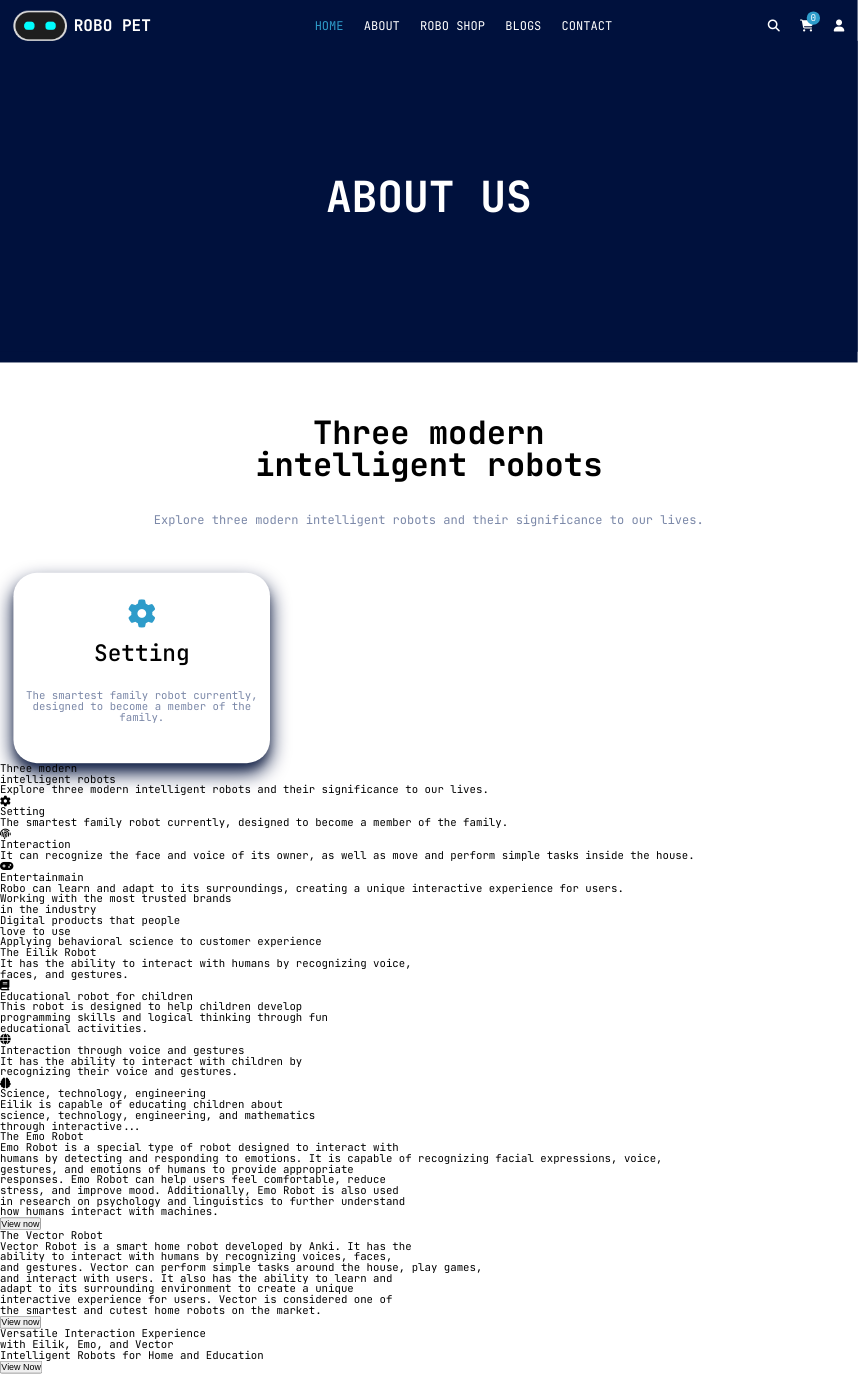
Repository: trietle101/du-an-1
Page: http://localhost/about.html
These files come from the project's save history. The page is drawn as it stood at one moment and after the next save; the edit follows.
The browser window is 1280 px wide. The pictures show the whole page, at 67% of full size.
The pointer rests on the first visible `.modern-item`.
Some web libraries are served in a nearby version. The page is run by PHP 8.4 with error messages shown; the project is at /var/www/html/.

Above is the page before, as saved 2023-03-12 22:51:27.

### about.html
<!DOCTYPE html>
<html lang="en">
  <head>
    <meta charset="UTF-8" />
    <meta http-equiv="X-UA-Compatible" content="IE=edge" />
    <meta name="viewport" content="width=device-width, initial-scale=1.0" />
    <title>About</title>
    <link rel="stylesheet" href="assets/css/reset.css" />
    <link rel="preconnect" href="https://fonts.googleapis.com" />
    <link rel="preconnect" href="https://fonts.gstatic.com" crossorigin />
    <link rel="stylesheet" href="assets/css/about.css">
    <link
      href="https://fonts.googleapis.com/css2?family=JetBrains+Mono:wght@300;400;500;700&display=swap"
      rel="stylesheet"
    />
    <script
      src="https://kit.fontawesome.com/08ee78edd1.js"
      crossorigin="anonymous"
    ></script>
  </head>
  <body>
    <header class="header">
      <div class="container">
        <nav class="header-nav">
          <a href="#" class="header-logo">
            <img src="assets/img/logo.png" />
            <span>ROBO PET</span>
          </a>

          <ul class="nav__list">
            <li class="nav__item">
              <a href="#" class="nav__link active">Home</a>
            </li>
            <li class="nav__item">
              <a href="#" class="nav__link">About</a>
            </li>
            <li class="nav__item">
              <a href="#" class="nav__link">Robo shop</a>
            </li>
            <li class="nav__item">
              <a href="#" class="nav__link">Blogs</a>
            </li>
            <li class="nav__item">
              <a href="#" class="nav__link">Contact</a>
            </li>
          </ul>

          <ul class="nav__list">
            <li class="nav__item">
              <a href="" class="nav__link"
                ><i class="fa-solid fa-magnifying-glass"></i
              ></a>
            </li>
            <li class="nav__item">
              <a href="" class="nav__link absolute">
                <i class="fa-solid fa-cart-shopping"></i>
                <span>0</span>
              </a>
            </li>
            <li class="nav__item">
              <a href="" class="nav__link"><i class="fa-solid fa-user"></i></a>
            </li>
          </ul>
        </nav>
      </div>
      <div class="header-banner">
        <div class="container">
          <h1 class="banner-title">ABOUT US</h1>
        </div>
      </div>
    </header>
    <section class="modern">
      <div class="container">
        <h2 class="modern-title">Three modern <br> intelligent robots</h2>
        <p class="modern-desc">Explore three modern intelligent robots and their significance to our lives.</p>
        <div class="modern-box">
          <div class="modern-item">
            <div class="modern-center">
              <i class="fa-solid fa-gear"></i>
              <h3 class="modern-box-title">Setting</h3>
              <p class="modern-box-desc">The smartest family robot currently, designed to become a member of the family.</p>
            </div>
          </div>
        </div>
      </div>
    </section>

    <!--phần banner-->
    <div class="banner">
           </div>
           <div class="name2">
            <h2>Three modern <br>
              intelligent robots</h2>
            <p>Explore three modern intelligent robots and their significance to our lives.</p>

        <div class="box-top">
            <div class="namebox">
                <i class="fa-solid fa-gear"></i>
                <h3>Setting</h3>
                <p>The smartest family robot currently, designed to become a member of the family.</p>
            </div>


            <div  class="namebox">
              <i class="fa-solid fa-fingerprint"></i>
                <h3>Interaction</h3>
                <p>It can recognize the face and voice of its owner, as well as move and perform simple tasks inside the house.</p>
            </div>


            <div class="namebox">
              <i class="fa-solid fa-gamepad"></i>
                <h3>Entertainmain</h3>
                <p>Robo can learn and adapt to its surroundings, creating a unique interactive experience for users.</p>
            </div>
        </div>

        <div class="name2">
          <h2>Working with the most trusted brands <br> in the industry</h2>
        </div>

        <div class="banner2">
        </div>
        <div class="namebanner2">
          <h4>Digital products that people <br> love to use</h4>
          <p>Applying behavioral science to customer experience</p>
          <div class="box-text">
            <h5>The Eilik Robot</h5>
            <p>It has the ability to interact with humans by recognizing voice,<br> faces, and gestures.</p>
               <div class="box-content">
                <i class="fa-solid fa-book"></i>
                <h6>Educational robot for children</h6>
                <p>This robot is designed to help children develop <br> programming skills and logical thinking through fun <br> educational activities.</p>
               </div>

               <div class="box-content">
                <i class="fa-solid fa-globe"></i>
                <h6>Interaction through voice and gestures</h6>
                <p>It has the ability to interact with children by <br> recognizing their voice and gestures.</p>
               </div>

               <div class="box-content">
                <i class="fa-solid fa-brain"></i>
                <h6>Science, technology, engineering</h6>
                <p> Eilik is capable of educating children about <br> science, technology, engineering, and mathematics <br> through interactive...</p>
               </div>

          </div>
          <div class="box-content2">
            <h6>The Emo Robot</h6>
            <p>Emo Robot is a special type of robot designed to interact with <br> humans by detecting and responding to emotions.

              It is capable of recognizing facial expressions, voice,<br>  gestures, and emotions of humans to provide appropriate <br> responses. Emo Robot can help users feel comfortable, reduce <br> stress, and improve mood. Additionally, Emo Robot is also used <br> in research on psychology and linguistics to further understand <br> how humans interact with machines.</p>
          </div>

          <button>View now</button>

          <div class="box-content3">
            <h6>The Vector Robot</h6>
            <p>Vector Robot is a smart home robot developed by Anki. It has  the <br> ability to interact with humans by recognizing voices, faces, <br> and gestures.

              Vector can perform simple tasks around the house, play games, <br> and interact with users. It also has the ability to learn and <br> adapt to its surrounding environment to create a unique <br> interactive experience for users. Vector is considered one of <br> the smartest and cutest home robots on the market.</p>
              <button>View now</button>
            </div>
        </div>
        <div class="endbanner">
          <h2>Versatile Interaction Experience <br> with Eilik, Emo, and Vector</h2>
                <p>Intelligent Robots for Home and Education</p>
                <button>View Now</button>
        </div>
  </body>
  <script src="assets/script/script.js"></script>
</html>

### assets/css/reset.css
/* http://meyerweb.com/eric/tools/css/reset/
   v2.0 | 20110126
   License: none (public domain)
*/
html,
body,
div,
span,
applet,
object,
iframe,
h1,
h2,
h3,
h4,
h5,
h6,
p,
blockquote,
pre,
a,
abbr,
acronym,
address,
big,
cite,
code,
del,
dfn,
em,
img,
ins,
kbd,
q,
s,
samp,
small,
strike,
strong,
sub,
sup,
tt,
var,
b,
u,
i,
center,
dl,
dt,
dd,
ol,
ul,
li,
fieldset,
form,
label,
legend,
table,
caption,
tbody,
tfoot,
thead,
tr,
th,
td,
article,
aside,
canvas,
details,
embed,
figure,
figcaption,
footer,
header,
hgroup,
menu,
nav,
output,
ruby,
section,
summary,
time,
mark,
audio,
video {
  margin: 0;
  padding: 0;
  border: 0;
  font-size: 100%;
  font: inherit;
  vertical-align: baseline;
}

/* HTML5 display-role reset for older browsers */
article,
aside,
details,
figcaption,
figure,
footer,
header,
hgroup,
menu,
nav,
section {
  display: block;
}

body {
  line-height: 1;
}

ol,
ul {
  list-style: none;
}

blockquote,
q {
  quotes: none;
}

blockquote:before,
blockquote:after,
q:before,
q:after {
  content: "";
  content: none;
}

table {
  border-collapse: collapse;
  border-spacing: 0;
}

*,
*:after,
*:before {
  margin: 0;
  padding: 0;
  box-sizing: border-box;
}
ul,
li {
  list-style-type: none;
}
a {
  text-decoration: none;
}

### assets/css/about.css
:root {
  --primary-color: #00113d;
  --secondary-color: #2e9cca;
}

html {
  box-sizing: border-box;
}

img {
  display: block;
  max-width: 100%;
}

body {
  font-family: "JetBrains Mono", sans-serif;
  min-height: 100vh;
  margin: 0;
}
header {
  background: var(--primary-color);
  padding: 1em 0;
  width: 100%;
}
.container {
  max-width: 1240px;
  margin: 0 auto;
}

.header-nav {
  display: flex;
  justify-content: space-between;
  align-items: center;
  flex-wrap: nowrap;
}

.header-logo {
  display: flex;
  justify-content: center;
  align-items: center;
}

.header-logo span {
  text-decoration: none;
  color: #fff;
  font-size: 24px;
  font-weight: bold;
  margin-right: 0.5em;
  margin-left: 10px;
}

.nav__list {
  display: flex;
  justify-content: space-between;
  align-items: center;
  flex-wrap: nowrap;
}

.nav__item:not(:first-child) {
  margin-left: 30px;
}

.nav__link {
  color: #fff;
  text-decoration: none;
  text-transform: uppercase;
  transition: 0.3s ease-in-out;
  font-size: 18px;
}

.nav__link.active {
  color: var(--secondary-color);
}

.nav__link:hover {
  color: var(--secondary-color);
}

.nav__link:hover span {
  color: var(--secondary-color);
  background-color: #fff;
}

.nav__link.absolute {
  position: relative;
}

.nav__link span {
  position: absolute;
  display: inline-block;
  background-color: var(--secondary-color);
  width: 20px;
  height: 20px;
  font-size: 14px;
  text-align: center;
  padding-top: 2px;
  border-radius: 50%;
  top: -10px;
  left: 10px;
  transition: 0.3s ease-in-out;
}

.line-effect {
  width: 0;
  height: 2px;
  background-color: var(--secondary-color);
  position: fixed;
  pointer-events: none;
  transition: all 0.25s linear;
}
.header-banner {
  width: 100%;
  max-height: 500px;
  margin: 0 auto;
  background-color: #00113d;
  padding: 200px 0;
}
.banner-title {
  font-weight: 700;
  font-size: 64px;
  color: #fff;
  text-transform: uppercase;
  text-align: center;
}
.modern {
  padding-top: 80px;
}
.modern-title {
  font-weight: 700;
  font-size: 48px;
  text-align: center;
}
.modern-desc {
  font-weight: 400;
  font-size: 18px;
  color: #7b88a8;
  text-align: center;
  margin-top: 50px;
}
.modern-box {
  margin-top: 70px;
  display: flex;
  justify-content: space-between;
  align-items: center;
  flex-wrap: nowrap;
}
.modern-item {
  max-width: calc(33.33% - 30px);
  border: 1px solid #7b88a8;
  border-radius: 35px;
}
.modern-item i {
  font-size: 42px;
  color: var(--secondary-color);
  margin-top: 40px;
}
.modern-center {
  text-align: center;
}
.modern-box-title {
  font-weight: 500;
  font-size: 34px;
  margin-top: 20px;
  margin-bottom: 40px;
}
.modern-box-desc {
  font-weight: 400;
  font-size: 16px;
  color: #7b88a8;
  margin-bottom: 60px;
}
.modern-item:hover {
  border: none;
  box-shadow: 0 14px 28px var(--primary-color), 0 10px 10px rgba(0, 0, 0, 0.22);
}

### assets/script/script.js
window.addEventListener("load", function () {
  // --- Menu ---
  const links = [...document.querySelectorAll(".nav__link")];
  links.forEach((item) => item.addEventListener("mouseenter", handleHoverLink));
  const line = document.createElement("div");
  line.classList = "line-effect";
  document.body.appendChild(line);

  function handleHoverLink(event) {
    const { left, top, width, height } = event.target.getBoundingClientRect();
    const offsetBottom = 5;
    line.style.width = `${width}px`;
    line.style.left = `${left}px`;
    line.style.top = `${top + height + offsetBottom}px`;
  }
  const menu = document.querySelector(".nav__list");
  menu.addEventListener("mouseleave", function () {
    line.style.width = 0;
  });

  const nav = document.querySelectorAll(".nav__link");
  nav.forEach((item) => {
    item.addEventListener("click", () => {
      nav.forEach((item) => {
        item.classList.remove("active");
      });
      item.classList.add("active");
    });
  });
});

After the next save:
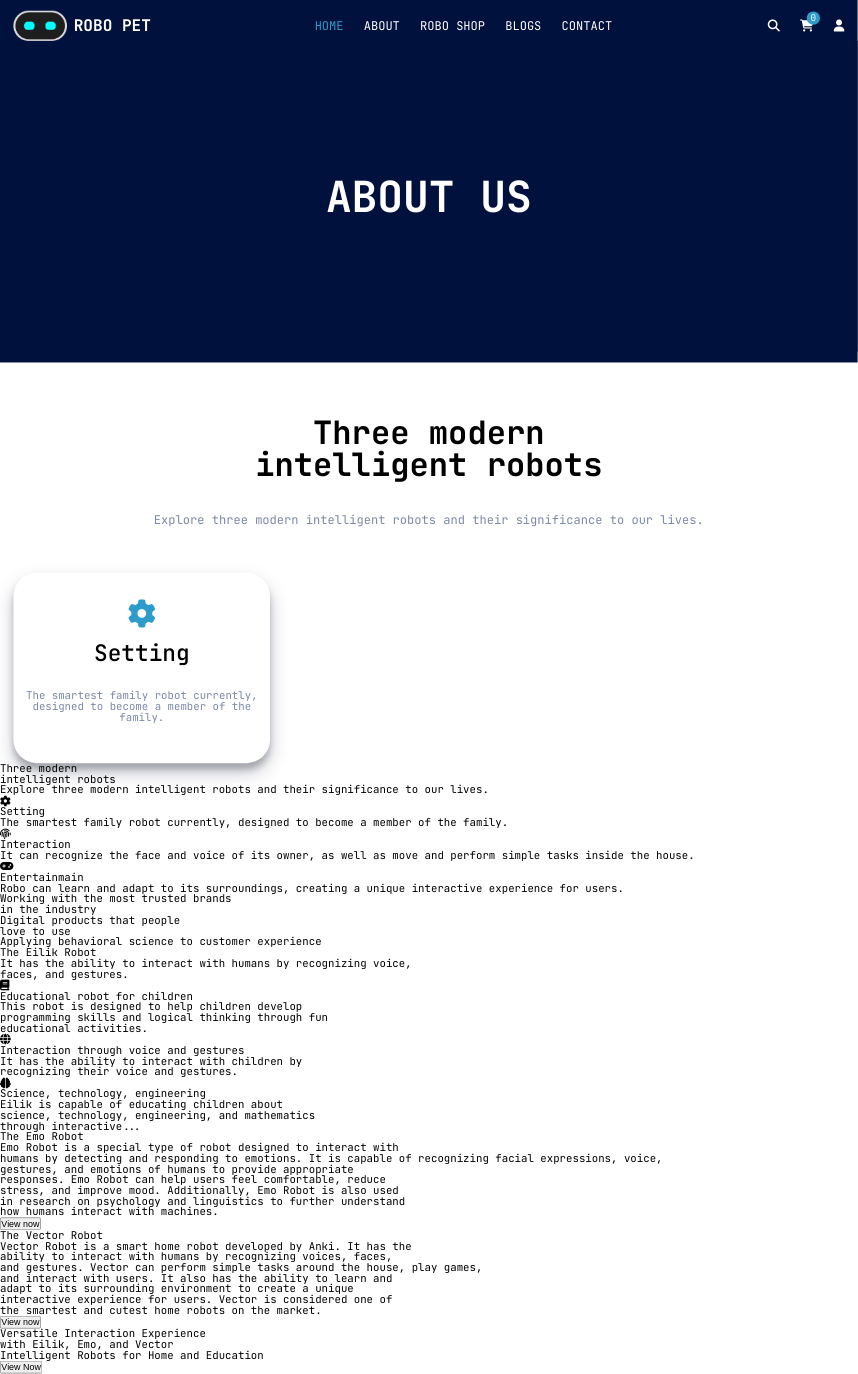
Saved 37 s later.
--- a/assets/css/about.css
+++ b/assets/css/about.css
@@ -171,5 +171,5 @@
 }
 .modern-item:hover {
   border: none;
-  box-shadow: 0 14px 28px var(--primary-color), 0 10px 10px rgba(0, 0, 0, 0.22);
+  box-shadow: 0 14px 28px rgba(0, 17, 61, 0.22), 0 10px 10px rgba(0, 0, 0, 0.22);
 }
